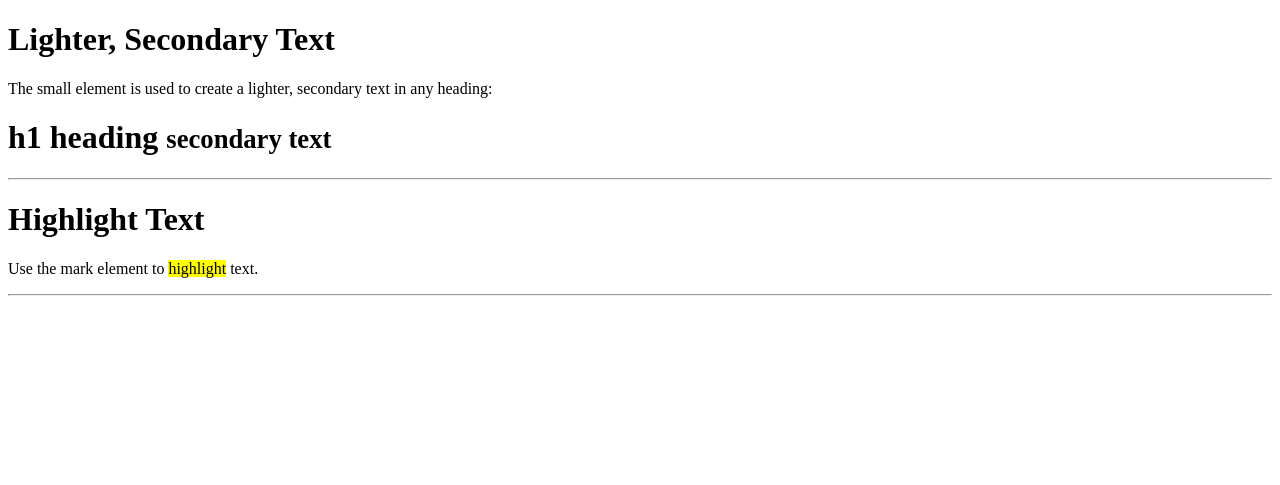
Repository: Sonalitanika/Assigment_IT17048842
Page: Lab09/WebContent/index.html
These files come from the project's save history. The page is drawn as it stood at one moment and after the next save; the edit follows.
The browser window is 1280 px wide. The pictures show the whole page.

Above is the page before, as saved 2019-05-25 14:06:48.

### Lab09/WebContent/index.html
<!DOCTYPE html>
<html>
<head>
<meta charset="utf-8">
<title>Insert title here</title>
</head>
<body>

 <div class="row">
<h1>Lighter, Secondary Text</h1>
 <p>The small element is used to create a lighter,
secondary text in any heading:</p>
 <h1>h1 heading <small>secondary
text</small></h1> </div> <hr>

<div class="row">
<h1>Highlight Text</h1>
 <p>Use the mark element to
<mark>highlight</mark> text.</p>
 </div>
 <hr>
</body>
</html>

After the next save:
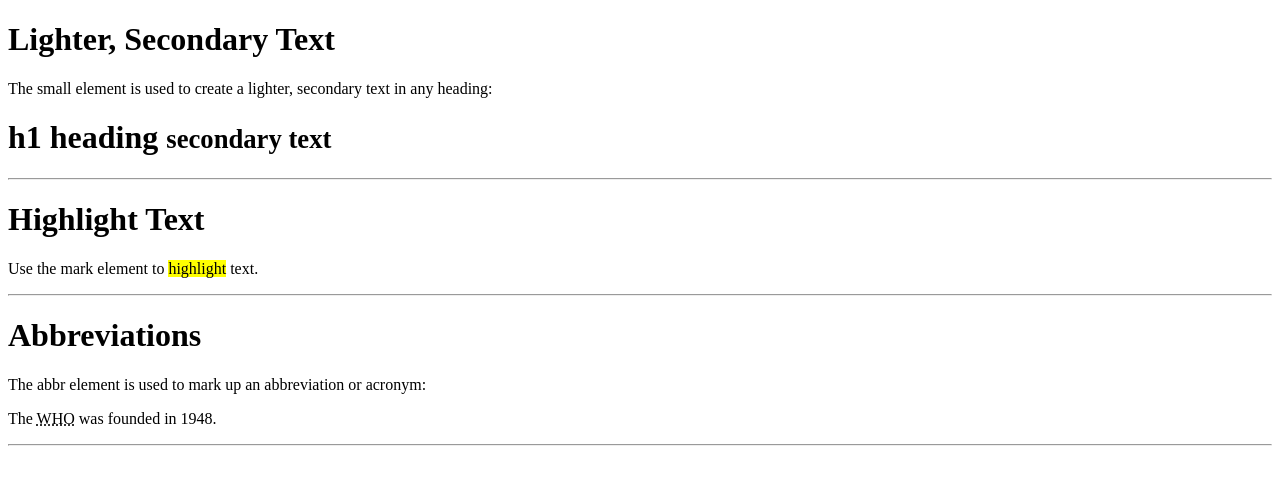
Saved 2 min 2 s later.
--- a/Lab09/WebContent/index.html
+++ b/Lab09/WebContent/index.html
@@ -19,5 +19,14 @@ text</small></h1> </div> <hr>
 <mark>highlight</mark> text.</p>
  </div>
  <hr>
+
+ <div class="row">
+<h1>Abbreviations</h1>
+ <p>The abbr element is used to mark up an
+abbreviation or acronym:</p>
+ <p>The <abbr title="World Health
+Organization">WHO</abbr> was founded in
+1948.</p> </div>
+<hr>
 </body>
 </html>
